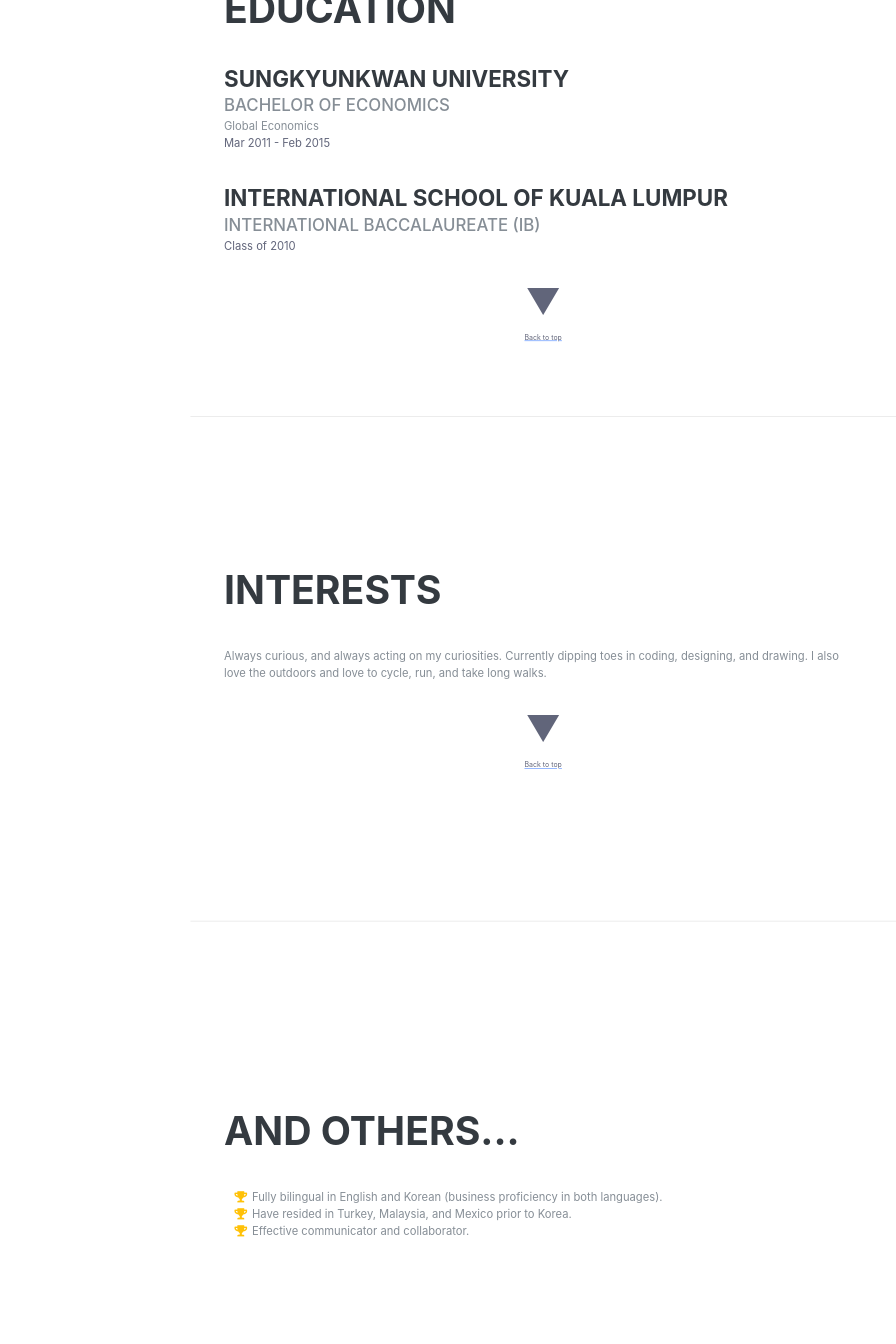
Repository: whitethugcat/whitethugcat.github.io
Page: class/resume-practice/yoojin-resume.html
The author's editor kept a record of every edit. The page is drawn from the files as they stood at one moment, then again after the next edit.
The browser window is 1280 px wide. The pictures show the part of the page from y = 2825 to 4745 px (the page is 4932 px tall), at 70% of full size.
Some web fonts or font styles are not loaded; a fallback is used.

Above is the page before.

### class/resume-practice/yoojin-resume.html
<!DOCTYPE html>
<html lang="en">

<head>

  <meta charset="utf-8">
  <meta name="viewport" content="width=device-width, initial-scale=1, shrink-to-fit=no">
  <meta name="description" content="">
  <meta name="author" content="">

  <title>Yoojin J&#129346;</title>

  <!-- Bootstrap core CSS -->
  <link href="vendor/bootstrap/css/bootstrap.css" rel="stylesheet">

  <!-- Custom fonts for this template -->
  <link href="https://fonts.googleapis.com/css?family=Saira+Extra+Condensed:500,700" rel="stylesheet">
  <link href="https://fonts.googleapis.com/css?family=Muli:400,400i,800,800i" rel="stylesheet">
  <link href="vendor/fontawesome-free/css/all.css" rel="stylesheet">

  <!-- Custom styles for this template -->
  <link href="css/resume.css" rel="stylesheet">

</head>

<body id="page-top">

  <nav class="navbar navbar-expand-lg navbar-dark bg-primary fixed-top" id="sideNav">
    <a class="navbar-brand js-scroll-trigger" href="#page-top">
      <span class="d-block d-lg-none">Yoojin Jeong &#129346;</span>
      <span class="d-none d-lg-block">
        <img class="img-fluid img-profile rounded-circle mx-auto mb-2" src="img/yj-profile.png" alt="">
      </span>
    </a>
    <button class="navbar-toggler" type="button" data-toggle="collapse" data-target="#navbarSupportedContent" aria-controls="navbarSupportedContent" aria-expanded="false" aria-label="Toggle navigation">
      <span class="navbar-toggler-icon"></span>
    </button>
    <div class="collapse navbar-collapse" id="navbarSupportedContent">
      <ul class="navbar-nav">
        <li class="nav-item">
          <a class="nav-link js-scroll-trigger" href="#about">About</a>
        </li>
        <li class="nav-item">
          <a class="nav-link js-scroll-trigger" href="#experience">Experience</a>
        </li>
        <li class="nav-item">
          <a class="nav-link js-scroll-trigger" href="#education">Education</a>
        </li>
        <li class="nav-item">
          <a class="nav-link js-scroll-trigger" href="#skills">Skills</a>
        </li>
        <li class="nav-item">
          <a class="nav-link js-scroll-trigger" href="#interests">Interests</a>
        </li>
        <li class="nav-item">
          <a class="nav-link js-scroll-trigger" href="#awards">Awards</a>
        </li>
      </ul>
    </div>
  </nav>

  <div class="container-fluid p-0">

    <section class="resume-section p-3 p-lg-5 d-flex align-items-center" id="about">
      <div class="w-100">
        <h1 class="mb-0">Yoojin
          <span class="text-primary">Jeong&#129346;</span>
        </h1>
        <div class="subheading mb-5">Seoul, South Korea · (+82) 010-8472-7769 ·
          <a href="mailto:name@email.com">yjjeong92@gmail.com</a>
        </div>
        <p class="lead mb-5">I am experienced in cooperating with teams of various sizes and forms both domestically and internationally. Professional experiences include but are not limited to: digital advertising, B2B/B2C communication, and marketing.</p>
        <div class="social-icons">
          <a href="https://www.linkedin.com/in/yoojin-jeong-47a917101/" target="_blank">
            <i class="fab fa-linkedin-in"></i>
          </a>
          <a href="#" target="_blank">
            <i class="fab fa-github"></i>
          </a>
          <a href="https://www.twitter.com/whitethugcat" target="_blank">
            <i class="fab fa-twitter"></i>
          </a>
          <a href="#">
            <i class="fab fa-facebook-f"></i>
          </a>
        </div>
        <div class=downward-arrow>
          <a href="#experience">
          &#9660;</a>
        </div>
      </div>
    </section>

    <hr class="m-0">

    <section class="resume-section p-3 p-lg-5 d-flex justify-content-center" id="experience">
      <div class="w-100">
        <h2 class="mb-5">Experience</h2>


        <div class="resume-item d-flex flex-column flex-md-row justify-content-between mb-5">
          <div class="resume-content">
            <h3 class="mb-0">Client Account Manager </h3>
            <div class="subheading mb-3">Twitter Korea</div>
            <span class="text-primary">Sep 2019 - Present</span>
            <p><ul><li>Managing Twitter ad accounts for CPG F&B and Retail advertisers in Korea. Analyzing ad efficiency, seeking opportunities for win-win growth, communicating and collaborating with cross-functional teams.</li></ul></p>
          </div>
          </div>

        <div class="resume-item d-flex flex-column flex-md-row justify-content-between mb-5">
          <div class="resume-content" id>
            <h3 class="mb-0">Selling Parter Support Associate</h3>
            <div class="subheading mb-3">Amazon Korea</div>
            <span class="text-primary">Aug 2017 - Aug 2019</span>
            <p>
            <ul>
            <li>Provided technical support for Korean sellers selling on Amazon NA and EU platform.</li>
            <li>Cooperated with various teams in order to resolve platform, promotion, payment, data processing, and account related issues.</li>
            <li>Ranked in the Top 5 in performance metrics (productivity, efficiency, work quality) for both 2017 and 2018 YTD.</li>
            <li>Picked as team mentor to ensure the quality of the team work output for 2 consecutive years.</li>
            <li>Completed the training program provided to prospective supervisors (only offered to 7 members of the team).</li>
            <li>Completed the selectively offered mentorship program and was picked to coach new hires on their training.</li>
          </ul>
          </p>
          </div>
          </div>

        <div class="resume-item d-flex flex-column flex-md-row justify-content-between mb-5">
          <div class="resume-content">
            <h3 class="mb-0">SDigital Marketing Intern</h3>
            <div class="subheading mb-3">Line Plus Corp.</div>
            <span class="text-primary">Aug 2016 - Feb 2017</span>
            <p>
            <ul>
            <li>In charge of digital marketing for B612 camera application.</li>
            <li>Took part in reaching the 300 million downloads milestone during the internship period.</li>
            <li>Monitored the relevant KPIs and Facebook advertisement data.</li>
            <li>Managed viral content production for Facebook marketing with external video producing companies.</li>
            <li>Managed legal and payment procedures, including writing contracts and communicating with relevant departments.</li>
          </ul>
          </p>
          </div>
          </div>

        <div class="resume-item d-flex flex-column flex-md-row justify-content-between mb-5">
          <div class="resume-content">
            <h3 class="mb-0">Marketing Communications</h3>
            <div class="subheading mb-3">OWiN Corp.</div>
            <span class="text-primary">Nov 2015 - Jul 2016</span>
            <p>
            <ul>
            <li>In charge of marketing for the connected-car IoT hardware and application.</li>
            <li>Took part in initiating partnership with domestic and overseas companies (e.g. Isracore Ltd., First Data Korea).</li>
            <li>Created and designed the initial official website www.owin.kr.</li>
            <li>Managed the official SNS, webpage, PR materials and other online content management.</li>
            <li>Managed B2B and B2C communication and marketing as well as OEM production with Chinese factories.</li>
          </ul>
          </p>
          </div>
          </div>


        <div class="resume-item d-flex flex-column flex-md-row justify-content-between mb-5">
          <div class="resume-content">
            <h3 class="mb-0">Treasury & Markets Intern</h3>
            <div class="subheading mb-3">DBS Bank</div>
            <span class="text-primary">Aug 2015 - Nov 2015</span>
            <p>
            <ul>
            <li>In charge of organizing the AMCHAM Inaugural Ball 2014.</li>
            <li>Managed sponsorship acquirement with hotels and airlines such as Korean Airlines and Hyatt Hotel.</li>
            <li>Managed event planning, including managing the menu, brochure, table settings, and musical numbers.</li>
            <li>Managed the promotion of sponsoring companies, including banner and online (flyer) promotion.</li>
          </ul>
          </p>
          </div>
          </div>

        <div class="resume-item d-flex flex-column flex-md-row justify-content-between mb-5">
          <div class="resume-content">
            <h3 class="mb-0">Marketing Event Planning Intern</h3>
            <div class="subheading mb-3">American Chamber of Commerce in Korea (AMCHAM Korea)</div>
            <span class="text-primary">Dec 2013 - Mar 2014</span>
            <p>
            <ul>
            <li>Assisted with daily FOREX trading and sales activities.</li>
            </ul>
            </p>

        </div>
        </div>
          <div class=downward-arrow>
          <a href="#education">
          &#9660;</a>
        </div>
          <div class=back-to-top>
          <a href="#page-top">
          Back to top</a></div>

    </section>

    <hr class="m-0">

    <section class="resume-section p-3 p-lg-5 d-flex align-items-center" id="education">
      <div class="w-100">
        <h2 class="mb-5">Education</h2>

        <div class="resume-item d-flex flex-column flex-md-row justify-content-between mb-5">
          <div class="resume-content">
            <h3 class="mb-0">SungkyunKwan University</h3>
            <div class="subheading mb-3">Bachelor of Economics</div>
            <div>Global Economics</div>
            <span class="text-primary">Mar 2011 - Feb 2015</span>
          </div>
        </div>

        <div class="resume-item d-flex flex-column flex-md-row justify-content-between">
          <div class="resume-content">
            <h3 class="mb-0">International School of Kuala Lumpur</h3>
            <div class="subheading mb-3">International Baccalaureate (IB)</div>
            <span class="text-primary">Class of 2010</span>
          </div>
        </div>
          <div class=downward-arrow>
          <a href="#interests">
          &#9660;</a>
        </div>
          <div class=back-to-top>
          <a href="#page-top">
          Back to top</a>
        </div>
      </div>
    </section>

    <!--<hr class="m-0">-->

    <!--<section class="resume-section p-3 p-lg-5 d-flex align-items-center" id="skills">-->
    <!--  <div class="w-100">-->
    <!--    <h2 class="mb-5">Skills</h2>-->

    <!--    <div class="subheading mb-3">Skills &amp; Tools</div>-->
    <!--    <ul class="list-inline dev-icons">-->
    <!--      <li class="list-inline-item">-->
    <!--        <i class="fab fa-apple"></i>-->
    <!--      </li>-->
    <!--      <li class="list-inline-item">-->
    <!--        <i class="fab fa-adobe"></i>-->
    <!--      </li>-->
    <!--      <li class="list-inline-item">-->
    <!--        <i class="fab fa-presentation"></i>-->
    <!--      </li>-->
    <!--      <li class="list-inline-item">-->
    <!--        <i class="fab fa-sass"></i>-->
    <!--      </li>-->
    <!--      <li class="list-inline-item">-->
    <!--        <i class="fab fa-less"></i>-->
    <!--      </li>-->
    <!--      <li class="list-inline-item">-->
    <!--        <i class="fab fa-wordpress"></i>-->
    <!--      </li>-->
    <!--      <li class="list-inline-item">-->
    <!--        <i class="fab fa-gulp"></i>-->
    <!--      </li>-->
    <!--      <li class="list-inline-item">-->
    <!--        <i class="fab fa-grunt"></i>-->
    <!--      </li>-->
    <!--      <li class="list-inline-item">-->
    <!--        <i class="fab fa-npm"></i>-->
    <!--      </li>-->
    <!--    </ul>-->

    <!--    <div class="subheading mb-3">Workflow</div>-->
    <!--    <ul class="fa-ul mb-0">-->
    <!--      <li>-->
    <!--        <i class="fa-li fa fa-check"></i>-->
    <!--        Mobile-First, Responsive Design</li>-->
    <!--      <li>-->
    <!--        <i class="fa-li fa fa-check"></i>-->
    <!--        Cross Browser Testing &amp; Debugging</li>-->
    <!--      <li>-->
    <!--        <i class="fa-li fa fa-check"></i>-->
    <!--        Cross Functional Teams</li>-->
    <!--      <li>-->
    <!--        <i class="fa-li fa fa-check"></i>-->
    <!--        Agile Development &amp; Scrum</li>-->
    <!--    </ul>-->
    <!--      <div class=downward-arrow>-->
    <!--      <a href="#interests">-->
    <!--      &#9660;</a>-->
    <!--    </div>-->
    <!--      <div class=back-to-top>-->
    <!--      <a href="#page-top">-->
    <!--      Back to top</a>-->
    <!--    </div>-->
    <!--  </div>-->
    <!--</section>-->

    <hr class="m-0">

    <section class="resume-section p-3 p-lg-5 d-flex align-items-center" id="interests">
      <div class="w-100">
        <h2 class="mb-5">Interests</h2>
        <p>Always curious, and always acting on my curiosities. Currently dipping toes in coding, designing, and drawing. I also love the outdoors and love to cycle, run, and take long walks.
          <div class=downward-arrow>
          <a href="#awards">
          &#9660;</a>
        </div>
          <div class=back-to-top>
          <a href="#page-top">
          Back to top</a>
        </div>
      </div>
    </section>

    <hr class="m-0">

    <section class="resume-section p-3 p-lg-5 d-flex align-items-center" id="awards">
      <div class="w-100">
        <h2 class="mb-5">And others...</h2>
        <ul class="fa-ul mb-0">
          <li>
            <i class="fa-li fa fa-trophy text-warning"></i>
            Fully bilingual in English and Korean (business proficiency in both languages).</li>
          <li>
            <i class="fa-li fa fa-trophy text-warning"></i>
            Have resided in Turkey, Malaysia, and Mexico prior to Korea.</li>
            <li>
            <i class="fa-li fa fa-trophy text-warning"></i>
            Effective communicator and collaborator.</li>
          </ul>
          </div>
          </div>
          <div class=back-to-top>
          <a href="#page-top">
          Back to top</a>
          <br><br>
          </div>
      </div>
    </section>

  </div>

  <!-- Bootstrap core JavaScript -->
  <script src="vendor/jquery/jquery.js"></script>
  <script src="vendor/bootstrap/js/bootstrap.bundle.js"></script>

  <!-- Plugin JavaScript -->
  <script src="vendor/jquery-easing/jquery.easing.s"></script>

  <!-- Custom scripts for this template -->
  <script src="js/resume.js"></script>

</body>

</html>

### class/resume-practice/css/resume.css
/*!
 * Start Bootstrap - Resume v5.0.8 (https://startbootstrap.com/template-overviews/resume)
 * Copyright 2013-2019 Start Bootstrap
 * Licensed under MIT (https://github.com/BlackrockDigital/startbootstrap-resume/blob/master/LICENSE)
 */

body {
  font-family: 'Muli', -apple-system, BlinkMacSystemFont, 'Segoe UI', Roboto, 'Helvetica Neue', Arial, sans-serif, 'Apple Color Emoji', 'Segoe UI Emoji', 'Segoe UI Symbol', 'Noto Color Emoji';
  padding-top: 52px;
  color: #868e96;
}

@media (min-width: 992px) {
  body {
    padding-top: 0;
    padding-left: 17rem;
  }
}

h1,
h2,
h3,
h4,
h5,
h6 {
  font-family: 'Saira Extra Condensed', -apple-system, BlinkMacSystemFont, 'Segoe UI', Roboto, 'Helvetica Neue', Arial, sans-serif, 'Apple Color Emoji', 'Segoe UI Emoji', 'Segoe UI Symbol', 'Noto Color Emoji';
  font-weight: 700;
  text-transform: uppercase;
  color: #343a40;
}

h1 {
  font-size: 6rem;
  line-height: 5.5rem;
}

h2 {
  font-size: 3.5rem;
}

h3 {
  font-size: 2rem;
}

p.lead {
  font-size: 1.15rem;
  font-weight: 400;
}

.subheading {
  text-transform: uppercase;
  font-weight: 500;
  font-family: 'Saira Extra Condensed', -apple-system, BlinkMacSystemFont, 'Segoe UI', Roboto, 'Helvetica Neue', Arial, sans-serif, 'Apple Color Emoji', 'Segoe UI Emoji', 'Segoe UI Symbol', 'Noto Color Emoji';
  font-size: 1.5rem;
}

.social-icons a {
  display: inline-block;
  height: 3.5rem;
  width: 3.5rem;
  background-color: #495057;
  color: #fff !important;
  border-radius: 100%;
  text-align: center;
  font-size: 1.5rem;
  line-height: 3.5rem;
  margin-right: 1rem;
}

.social-icons a:last-child {
  margin-right: 0;
}

.social-icons a:hover {
  background-color: #BD5D38;
}

.dev-icons {
  font-size: 3rem;
}

.dev-icons .list-inline-item i:hover {
  color: #BD5D38;
}

#sideNav .navbar-nav .nav-item .nav-link {
  font-weight: 800;
  letter-spacing: 0.05rem;
  text-transform: uppercase;
}

#sideNav .navbar-toggler:focus {
  outline-color: #d48a6e;
}

@media (min-width: 992px) {
  #sideNav {
    text-align: center;
    position: fixed;
    top: 0;
    left: 0;
    display: flex;
    flex-direction: column;
    width: 17rem;
    height: 100vh;
  }
  #sideNav .navbar-brand {
    display: flex;
    margin: auto auto 0;
    padding: 0.5rem;
  }
  #sideNav .navbar-brand .img-profile {
    max-width: 10rem;
    max-height: 10rem;
    border: 0.5rem solid rgba(255, 255, 255, 0.2);
  }
  #sideNav .navbar-collapse {
    display: flex;
    align-items: flex-start;
    flex-grow: 0;
    width: 100%;
    margin-bottom: auto;
  }
  #sideNav .navbar-collapse .navbar-nav {
    flex-direction: column;
    width: 100%;
  }
  #sideNav .navbar-collapse .navbar-nav .nav-item {
    display: block;
  }
  #sideNav .navbar-collapse .navbar-nav .nav-item .nav-link {
    display: block;
  }
}

section.resume-section {
  padding-top: 5rem !important;
  padding-bottom: 5rem !important;
  max-width: 75rem;
}

section.resume-section .resume-item .resume-date {
  min-width: none;
}

@media (min-width: 768px) {
  section.resume-section {
    min-height: 100vh;
  }
  section.resume-section .resume-item .resume-date {
    min-width: 18rem;
  }
}

@media (min-width: 992px) {
  section.resume-section {
    padding-top: 3rem !important;
    padding-bottom: 3rem !important;
  }
}

.bg-primary {
  background-color: #61657a !important;
}

.text-primary {
  color: #61657a !important;
}

a {
  color: #61657a;
}

a:hover, a:focus, a:active {
  color: #824027;
}

.downward-arrow{
  vertical-align: bottom;
  text-align: center;
  font-size: 50px;
  text-shadow: 3px 2px grey .5;
  margin-bottom: -30px;
  margin-top: 30px;
}

.back-to-top{
  margin-top: 4%;
  color: #699aff;
  vertical-align: bottom;
  text-align: center;
  font-size: 10px;
  text-decoration: underline;
}

### class/resume-practice/js/resume.js
(function($) {
  "use strict"; // Start of use strict

  // Smooth scrolling using jQuery easing
  $('a.js-scroll-trigger[href*="#"]:not([href="#"])').click(function() {
    if (location.pathname.replace(/^\//, '') == this.pathname.replace(/^\//, '') && location.hostname == this.hostname) {
      var target = $(this.hash);
      target = target.length ? target : $('[name=' + this.hash.slice(1) + ']');
      if (target.length) {
        $('html, body').animate({
          scrollTop: (target.offset().top)
        }, 1000, "easeInOutExpo");
        return false;
      }
    }
  });

  // Closes responsive menu when a scroll trigger link is clicked
  $('.js-scroll-trigger').click(function() {
    $('.navbar-collapse').collapse('hide');
  });

  // Activate scrollspy to add active class to navbar items on scroll
  $('body').scrollspy({
    target: '#sideNav'
  });

})(jQuery); // End of use strict

Loaded but not shown: class/resume-practice/vendor/bootstrap/css/bootstrap.css (library); class/resume-practice/vendor/fontawesome-free/css/all.css (library); class/resume-practice/vendor/jquery/jquery.js (library); class/resume-practice/vendor/bootstrap/js/bootstrap.bundle.js (library)

After the next edit:
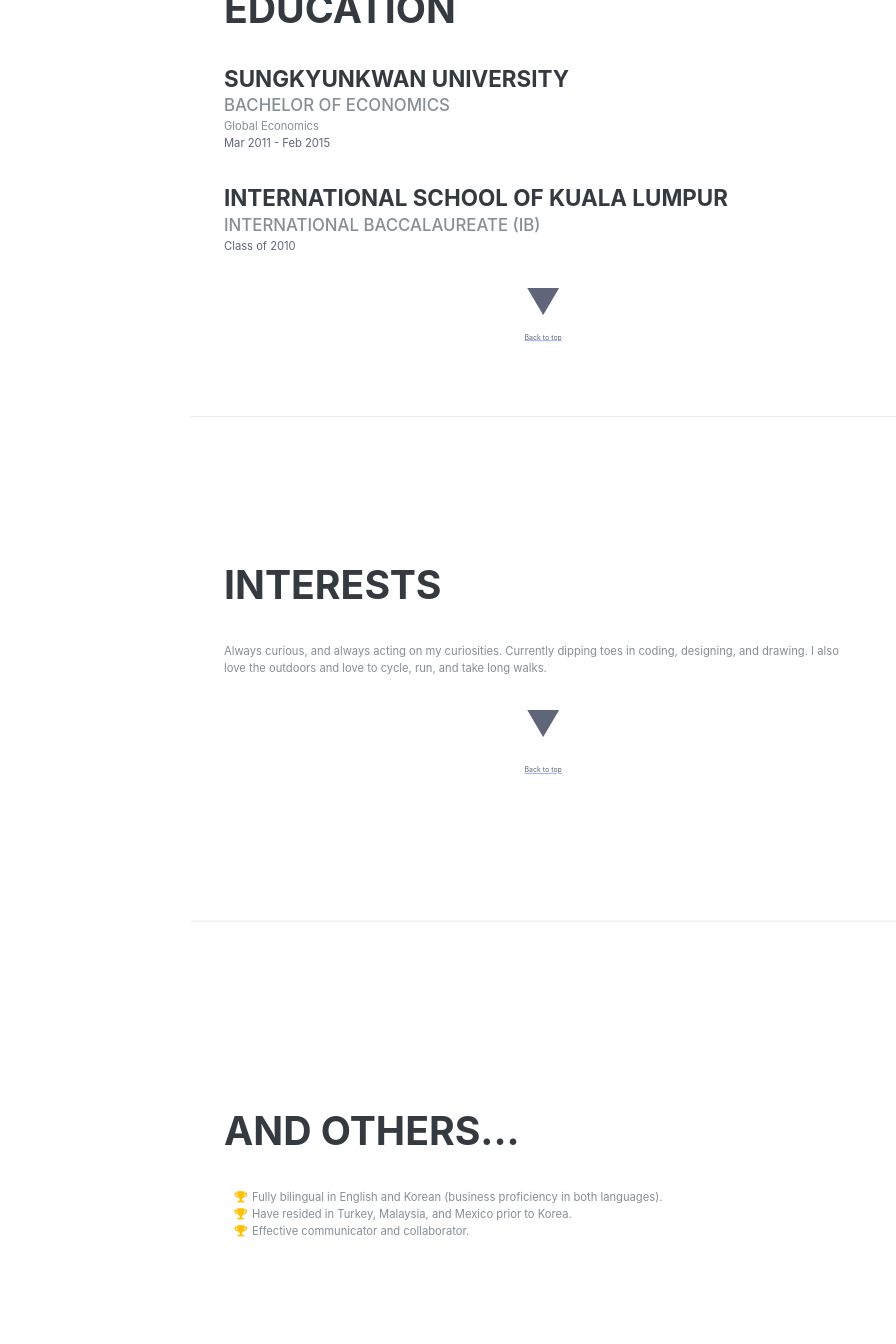
The edit:
--- a/class/resume-practice/yoojin-resume.html
+++ b/class/resume-practice/yoojin-resume.html
@@ -307,7 +307,7 @@
         </div>
           <div class=back-to-top>
           <a href="#page-top">
-          Back to top</a>
+          <br>Back to top</a>
         </div>
       </div>
     </section>
